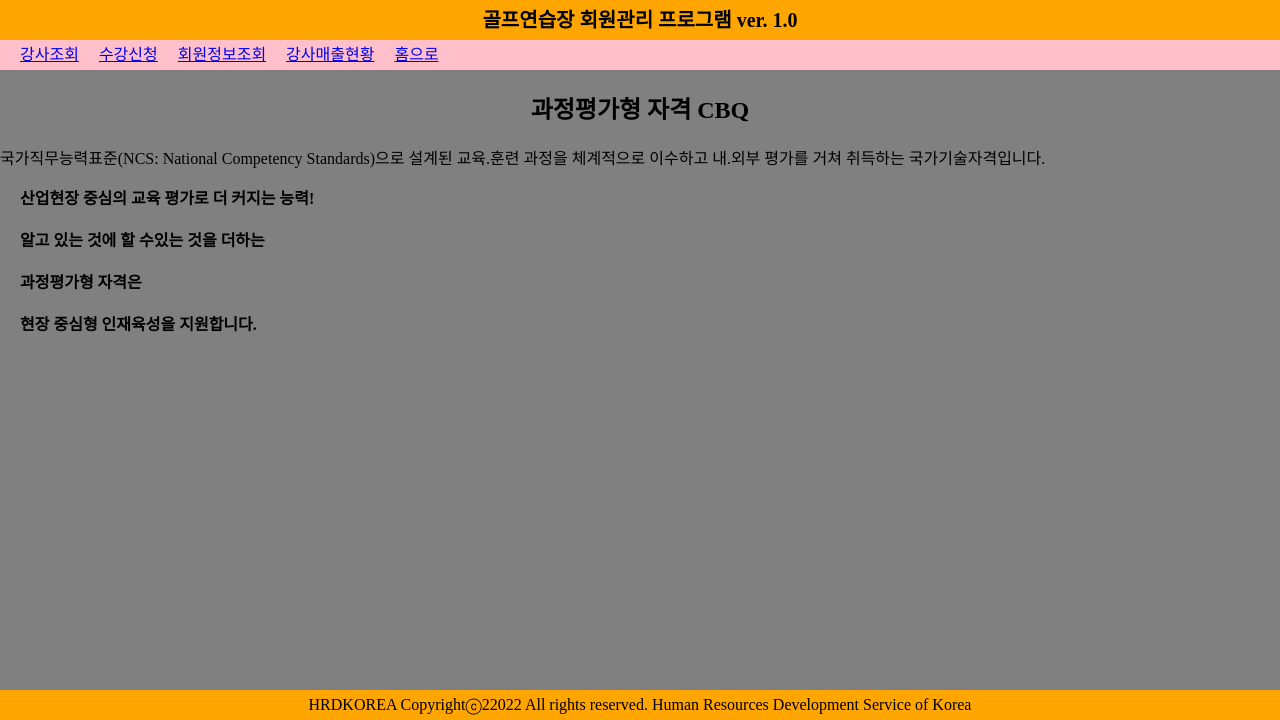
Repository: leesuyeon116/HRD_3
Page: http://localhost/HRD_0505/
These files come from the project's save history. The page is drawn as it stood at one moment and after the next save; the edit follows.
The browser window is 1280 px wide. The pictures show the whole page.
The page is served by Tomcat 9.

Above is the page before, as saved 2024-05-05 08:38:21.

### workspace/HRD_0505/src/main/webapp/index.jsp
<%@ page language="java" contentType="text/html; charset=UTF-8"
    pageEncoding="UTF-8"%>
<!DOCTYPE html>
<html>
<head>
<meta charset="UTF-8">
<title>index</title>
</head>
<body>
<jsp:include page="header.jsp"></jsp:include>
<section style="position: fixed; top: 70px; left: 0px; width: 100%; height: 100%; background-color: gray">
<h2 style="text-align: center">과정평가형 자격 CBQ</h2>
국가직무능력표준(NCS: National Competency Standards)으로 설계된 교육.훈련 과정을 체계적으로 이수하고 내.외부 평가를 거쳐 취득하는 국가기술자격입니다.
<p style="padding-left: 20px">
<b>
산업현장 중심의 교육 평가로 더 커지는 능력! <br><br>
알고 있는 것에 할 수있는 것을 더하는 <br><br>
과정평가형 자격은 <br><br>
현장 중심형 인재육성을 지원합니다.
</b>
<p>
</section>

<jsp:include page="footer.jsp"></jsp:include>
</body>
</html>

### workspace/HRD_0505/src/main/webapp/header.jsp
<%@ page language="java" contentType="text/html; charset=UTF-8"
    pageEncoding="UTF-8"%>
<!DOCTYPE html>
<html>
<head>
<meta charset="UTF-8">
<title>header</title>
</head>
<body>
<header style="position: fixed; top: 0px; left: 0px; width: 100%; height: 40px; line-height: 40px; background-color: orange;
	text-align: center; font-size: 20px">
<b>골프연습장 회원관리 프로그램 ver. 1.0</b>
</header>

<nav style="position: fixed; top: 40px; left: 0px; width: 100%; height: 30px; line-height: 30px; background-color: pink;
	padding-left: 20px">
	<a href="tlist.jsp">강사조회</a> &nbsp; &nbsp;
	<a href="insert.jsp">수강신청</a> &nbsp; &nbsp;
	<a href="mlist.jsp">회원정보조회</a> &nbsp; &nbsp;
	<a href="salary.jsp">강사매출현황</a> &nbsp; &nbsp;
	<a href="index.jsp">홈으로</a> &nbsp; &nbsp;
</nav>
</body>
</html>

### workspace/HRD_0505/src/main/webapp/footer.jsp
<%@ page language="java" contentType="text/html; charset=UTF-8"
    pageEncoding="UTF-8"%>
<!DOCTYPE html>
<html>
<head>
<meta charset="UTF-8">
<title>footer</title>
</head>
<body>
<footer style="position: fixed; bottom: 0px; left: 0px; width: 100%; height: 30px; line-height: 30px; background-color: orange;
	text-align: center">
	HRDKOREA Copyrightⓒ22022 All rights reserved. Human Resources Development Service of Korea
</footer>
</body>
</html>

After the next save:
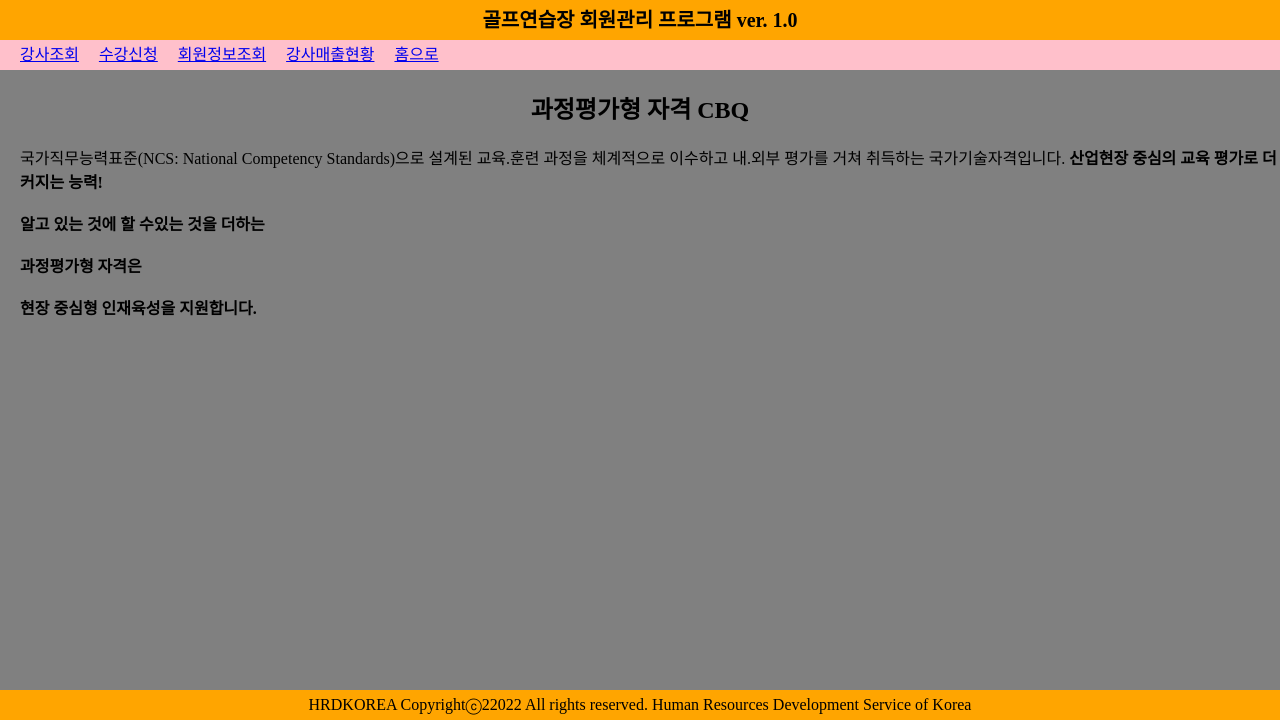
Saved 30 s later.
--- a/workspace/HRD_0505/src/main/webapp/index.jsp
+++ b/workspace/HRD_0505/src/main/webapp/index.jsp
@@ -10,8 +10,8 @@
 <jsp:include page="header.jsp"></jsp:include>
 <section style="position: fixed; top: 70px; left: 0px; width: 100%; height: 100%; background-color: gray">
 <h2 style="text-align: center">과정평가형 자격 CBQ</h2>
+<p style="padding-left: 20px">
 국가직무능력표준(NCS: National Competency Standards)으로 설계된 교육.훈련 과정을 체계적으로 이수하고 내.외부 평가를 거쳐 취득하는 국가기술자격입니다.
-<p style="padding-left: 20px">
 <b>
 산업현장 중심의 교육 평가로 더 커지는 능력! <br><br>
 알고 있는 것에 할 수있는 것을 더하는 <br><br>
